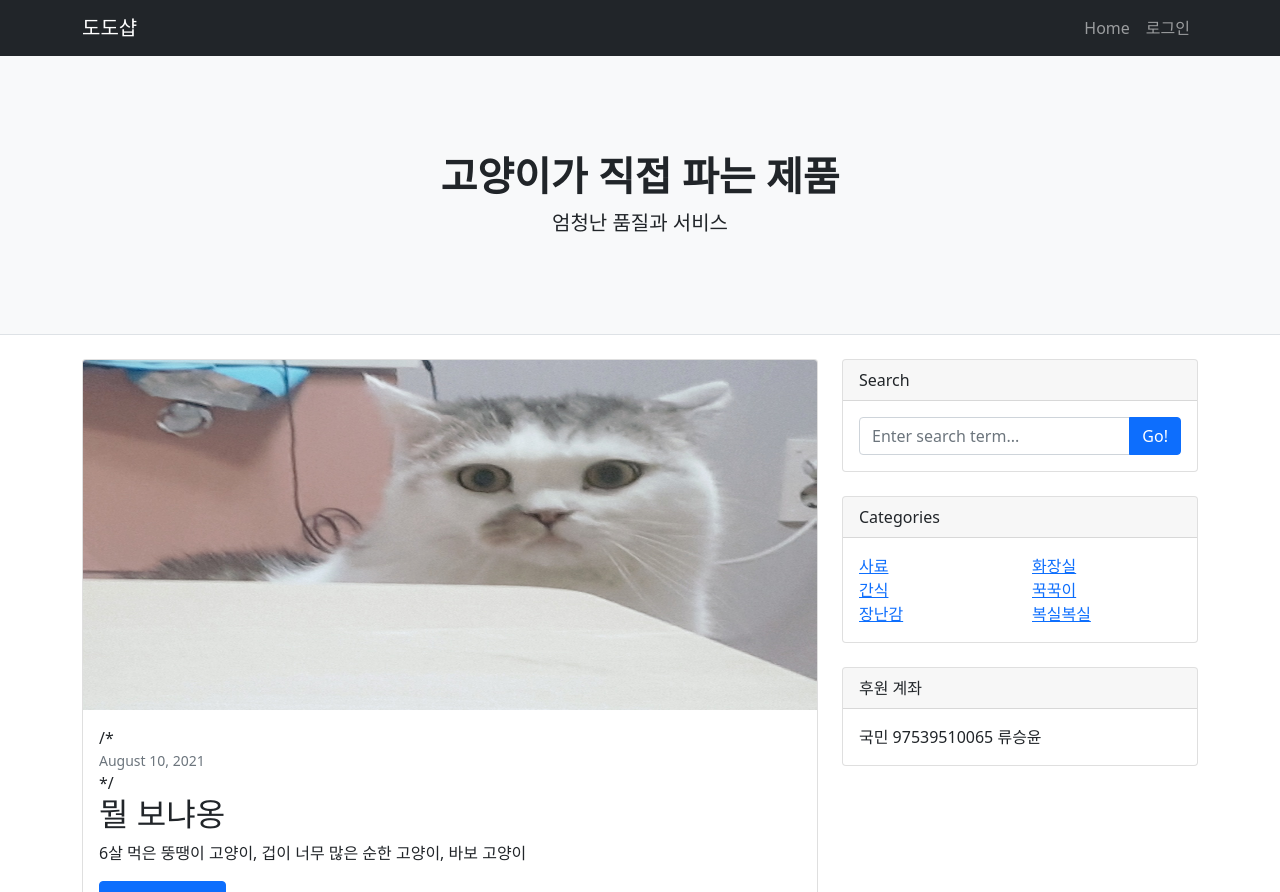
Repository: Ryustam/JSP
Page: http://localhost/pet_shop/
These files come from the project's save history. The page is drawn as it stood at one moment and after the next save; the edit follows.
The browser window is 1280 px wide. The pictures show the part of the page from y = 0 to 892 px (the page is 2371 px tall before and 2302 px after).
Pictures or frames that could not be fetched are drawn as grey boxes. The page is served by Tomcat 9. Other server files are loaded and not shown.

Above is the page before, as saved 2021-11-08 03:44:27.

### pet_shop/src/main/webapp/index.jsp
<%@ page language="java" contentType="text/html; charset=EUC-KR"
    pageEncoding="EUC-KR"%>
<!DOCTYPE html>
<html lang="en">
    <head>
        <meta charset="UTF-8"/>
        <meta name="viewport" content="width=device-width, initial-scale=1, shrink-to-fit=no" />
        <meta name="description" content=""/>
        <meta name="author" content="" />
        <title>도도_고양이용품점</title>
        <!-- Favicon-->
        <link rel="icon" type="image/x-icon" href="./resources/assets/favicon.ico" />
        <!-- Core theme CSS (includes Bootstrap)-->
        <link rel="stylesheet" href="https://cdn.jsdelivr.net/npm/bootstrap@4.5.3/dist/css/bootstrap.min.css"
        integrity="sha384-TX8t27EcRE3e/ihU7zmQxVncDAy5uIKz4rEkgIXeMed4M0jlfIDPvg6uqKI2xXr2" crossorigin="anonymous">
        <link rel="stylesheet" href="./resources/css/styles.css"/>
    </head>
    <%!
    	boolean login=false;
    %>

    <body>
        <!-- Responsive navbar-->
        <nav class="navbar navbar-expand-lg navbar-dark bg-dark">
            <div class="container">
                <a class="navbar-brand" href="#!">도도샵</a>
                <button class="navbar-toggler" type="button" data-bs-toggle="collapse" data-bs-target="#navbarSupportedContent" aria-controls="navbarSupportedContent" aria-expanded="false" aria-label="Toggle navigation"><span class="navbar-toggler-icon"></span></button>
                <div class="collapse navbar-collapse" id="navbarSupportedContent">
                    <ul class="navbar-nav ms-auto mb-2 mb-lg-0">
                        <li class="nav-item"><a class="nav-link" href="#">Home</a></li>
                        <li class="nav-item"><a class="nav-link" href="#!">로그인</a></li>
                        <%
                        	if(login==true){ %>
                        	<li class="nav-item"><a class="nav-link" href="#!">로그아웃</a></li>
                        	<li class="nav-item"><a class="nav-link active" aria-current="page" href="#">내 페이지</a></li>
                        <%
                        	}
                       	%>

                    </ul>
                </div>
            </div>
        </nav>
        <!-- Page header with logo and tagline-->
        <header class="py-5 bg-light border-bottom mb-4">
            <div class="container">
                <div class="text-center my-5">
                    <h1 class="fw-bolder">고양이가 직접 파는 제품</h1>
                    <p class="lead mb-0">엄청난 품질과 서비스</p>
                </div>
            </div>
        </header>
        <!-- Page content-->
        <div class="container">
            <div class="row">
                <!-- Blog entries-->
                <div class="col-lg-8">
                    <!-- Featured blog post-->
                    <div class="card mb-4">
                        <a href="#!"><img class="card-img-top" src="./resources/image/대문사진.jpg" width="850px" height="350"   alt="..." /></a>
                        <div class="card-body">
                           	/*<div class="small text-muted">August 10, 2021</div>*/
                            <h2 class="card-title">뭘 보냐옹</h2>
                            <p class="card-text">6살 먹은 뚱땡이 고양이, 겁이 너무 많은 순한 고양이, 바보 고양이</p>
                            <a class="btn btn-primary" href="#!">Read more →</a>
                        </div>
                    </div>
                    <!-- Nested row for non-featured blog posts-->
                    <div class="row">
                        <div class="col-lg-6">
                            <!-- Blog post-->
                            <div class="card mb-4">
                                <a href="#!"><img class="card-img-top" src="KakaoTalk_20210927_100843615_01.jpg" width="700px" height="350"alt="..." /></a>
                                <div class="card-body">
                                    <div class="small text-muted">January 1, 2021</div>
                                    <h2 class="card-title h4">이불 속 도도</h2>
                                    <p class="card-text">Lorem ipsum dolor sit amet, consectetur adipisicing elit. Reiciendis aliquid atque, nulla.</p>
                                    <a class="btn btn-primary" href="#!">Read more →</a>
                                </div>
                            </div>
                            <!-- Blog post-->
                            <div class="card mb-4">
                                <a href="#!"><img class="card-img-top" src="KakaoTalk_20210927_100843615_02.jpg" width="700px" height="350"alt="..." /></a>
                                <div class="card-body">
                                    <div class="small text-muted">January 11, 2021</div>
                                    <h2 class="card-title h4">못생긴 도도</h2>
                                    <p class="card-text">Lorem ipsum dolor sit amet, consectetur adipisicing elit. Reiciendis aliquid atque, nulla.</p>
                                    <a class="btn btn-primary" href="#!">Read more →</a>
                                </div>
                            </div>
                        </div>
                        <div class="col-lg-6">
                            <!-- Blog post-->
                            <div class="card mb-4">
                                <a href="#!"><img class="card-img-top" src="KakaoTalk_20210927_100843615_03.jpg " width="700px" height="350" alt="..." /></a>
                                <div class="card-body">
                                    <div class="small text-muted">January 21, 2021</div>
                                    <h2 class="card-title h4">귀여운 도도</h2>
                                    <p class="card-text">Lorem ipsum dolor sit amet, consectetur adipisicing elit. Reiciendis aliquid atque, nulla.</p>
                                    <a class="btn btn-primary" href="#!">Read more →</a>
                                </div>
                            </div>
                            <!-- Blog post-->
                            <div class="card mb-4">
                                <a href="#!"><img class="card-img-top" src="KakaoTalk_20210927_100843615_04.jpg" width="700px" height="350" alt="..." /></a>
                                <div class="card-body">
                                    <div class="small text-muted">January 31, 2021</div>
                                    <h2 class="card-title h4">잠자는 도도</h2>
                                    <p class="card-text">Lorem ipsum dolor sit amet, consectetur adipisicing elit. Reiciendis aliquid atque, nulla? Quos cum ex quis soluta, a laboriosam.</p>
                                    <a class="btn btn-primary" href="#!">Read more →</a>
                                </div>
                            </div>
                        </div>
                    </div>
                    <!-- Pagination-->
                    <nav aria-label="Pagination">
                        <hr class="my-0" />
                        <ul class="pagination justify-content-center my-4">
                            <li class="page-item disabled"><a class="page-link" href="#" tabindex="-1" aria-disabled="true">Newer</a></li>
                            <li class="page-item active" aria-current="page"><a class="page-link" href="#!">1</a></li>
                            <li class="page-item"><a class="page-link" href="#!">2</a></li>
                            <li class="page-item"><a class="page-link" href="#!">3</a></li>
                            <li class="page-item disabled"><a class="page-link" href="#!">...</a></li>
                            <li class="page-item"><a class="page-link" href="#!">15</a></li>
                            <li class="page-item"><a class="page-link" href="#!">Older</a></li>
                        </ul>
                    </nav>
                </div>
                <!-- Side widgets-->
                <div class="col-lg-4">
                    <!-- Search widget-->
                    <div class="card mb-4">
                        <div class="card-header">Search</div>
                        <div class="card-body">
                            <div class="input-group">
                                <input class="form-control" type="text" placeholder="Enter search term..." aria-label="Enter search term..." aria-describedby="button-search" />
                                <button class="btn btn-primary" id="button-search" type="button">Go!</button>
                            </div>
                        </div>
                    </div>
                    <!-- Categories widget-->
                    <div class="card mb-4">
                        <div class="card-header">Categories</div>
                        <div class="card-body">
                            <div class="row">
                                <div class="col-sm-6">
                                    <ul class="list-unstyled mb-0">
                                        <li><a href="#!">사료</a></li>
                                        <li><a href="#!">간식</a></li>
                                        <li><a href="#!">장난감</a></li>
                                    </ul>
                                </div>
                                <div class="col-sm-6">
                                    <ul class="list-unstyled mb-0">
                                        <li><a href="#!">화장실</a></li>
                                        <li><a href="#!">꾹꾹이</a></li>
                                        <li><a href="#!">복실복실</a></li>
                                    </ul>
                                </div>
                            </div>
                        </div>
                    </div>
                    <!-- Side widget-->
                    <div class="card mb-4">
                        <div class="card-header">후원 계좌</div>
                        <div class="card-body">국민 97539510065 류승윤</div>
                    </div>
                </div>
            </div>
        </div>
        <!-- Footer-->
        <footer class="py-5 bg-dark">
            <div class="container"><p class="m-0 text-center text-white">Copyright &copy; Your Website 2021</p></div>
        </footer>
        <!-- Bootstrap core JS-->
        <script src="https://cdn.jsdelivr.net/npm/bootstrap@5.1.1/dist/js/bootstrap.bundle.min.js"></script>
        <!-- Core theme JS-->
        <script src="./resources/css/scripts.js"></script>
    </body>
</html>

### pet_shop/src/main/webapp/resources/js/scripts.js
/*!
* Start Bootstrap - Blog Home v5.0.4 (https://startbootstrap.com/template/blog-home)
* Copyright 2013-2021 Start Bootstrap
* Licensed under MIT (https://github.com/StartBootstrap/startbootstrap-blog-home/blob/master/LICENSE)
*/
// This file is intentionally blank
// Use this file to add JavaScript to your project

Loaded but not shown: pet_shop/src/main/webapp/resources/css/styles.css (library)

After the next save:
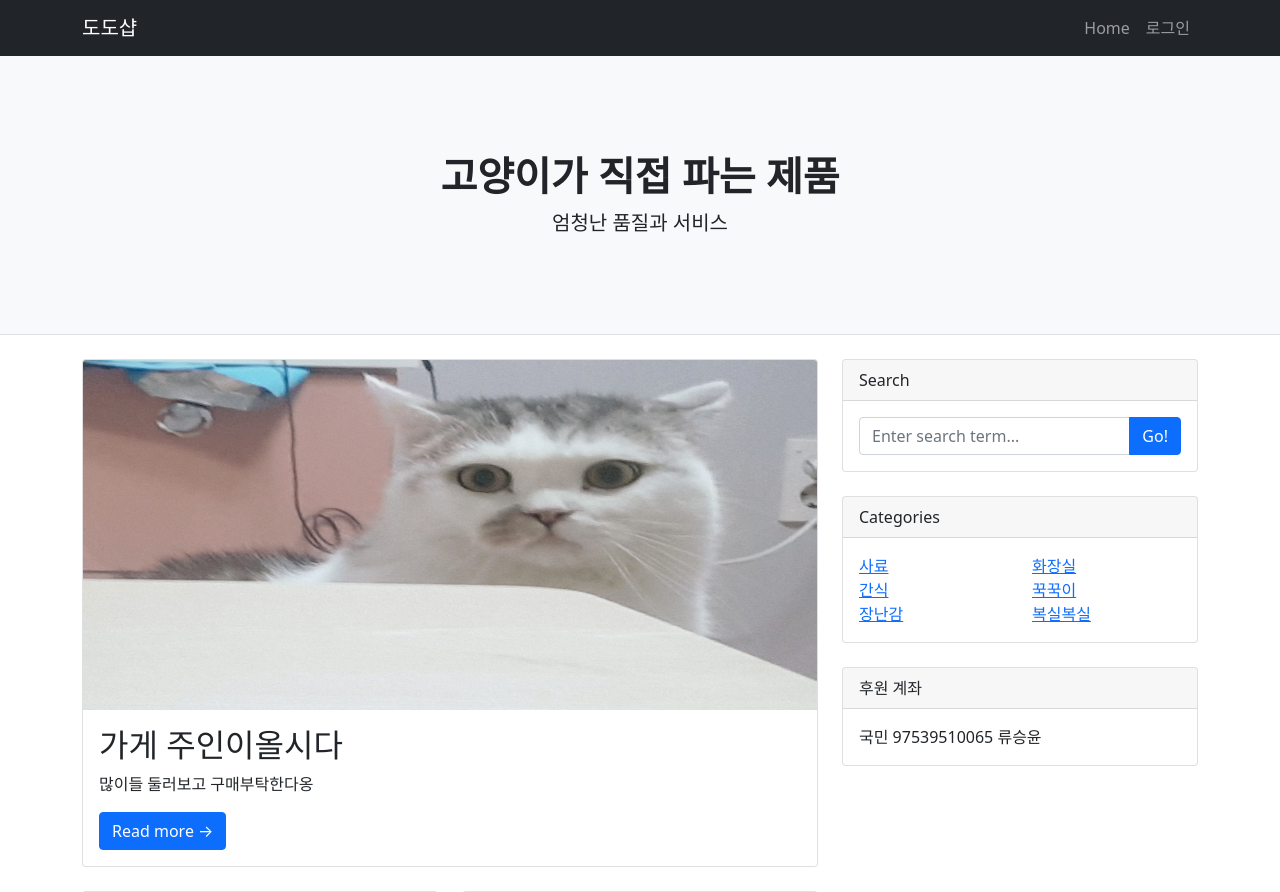
Saved 44 s later.
--- a/pet_shop/src/main/webapp/index.jsp
+++ b/pet_shop/src/main/webapp/index.jsp
@@ -59,9 +59,9 @@
                     <div class="card mb-4">
                         <a href="#!"><img class="card-img-top" src="./resources/image/대문사진.jpg" width="850px" height="350"   alt="..." /></a>
                         <div class="card-body">
-                           	/*<div class="small text-muted">August 10, 2021</div>*/
-                            <h2 class="card-title">뭘 보냐옹</h2>
-                            <p class="card-text">6살 먹은 뚱땡이 고양이, 겁이 너무 많은 순한 고양이, 바보 고양이</p>
+                           	<!-- <div class="small text-muted">August 10, 2021</div> -->
+                            <h2 class="card-title">가게 주인이올시다</h2>
+                            <p class="card-text">많이들 둘러보고 구매부탁한다옹</p>
                             <a class="btn btn-primary" href="#!">Read more →</a>
                         </div>
                     </div>
